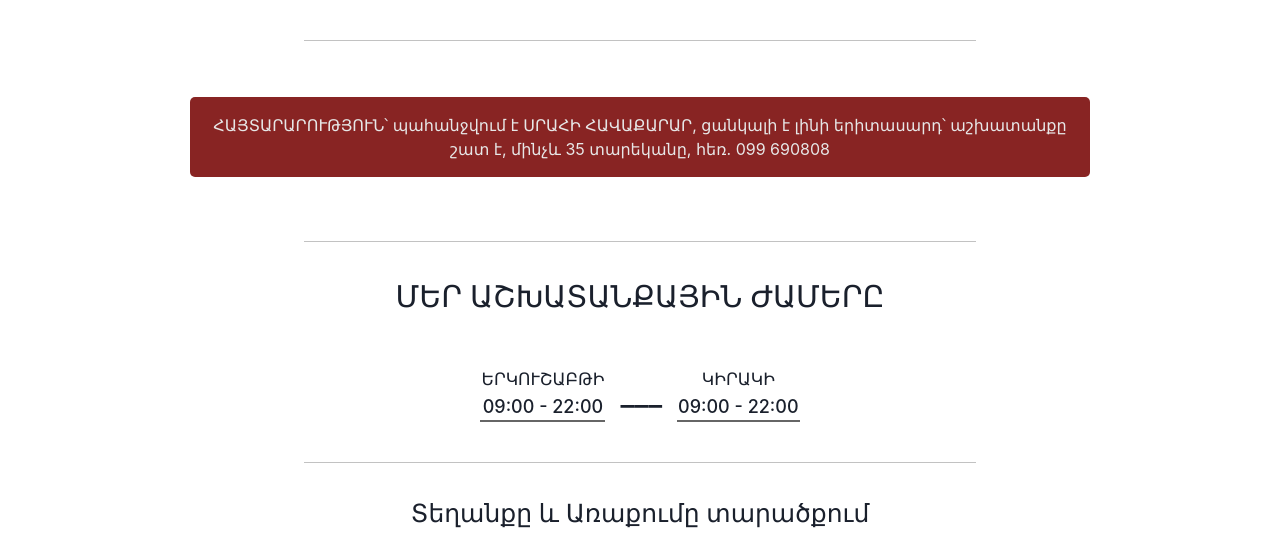
Repository: vahemar/xars
Page: /
These files come from the project's save history. The page is drawn as it stood at one moment and after a run of saves; the edit follows.
The browser window is 1280 px wide. The pictures show the part of the page from y = 720 to 1263 px (the page is 3406 px tall).
Pictures or frames that could not be fetched are drawn as grey boxes. Some web fonts or font styles are not loaded; a fallback is used. Some web libraries are served in a nearby version. The project was rebuilt for these pictures with package versions that can differ from the ones it lists, and the page was loaded fresh each time. Also part of the build but not shown: vite.config.js, src/pages/Home/Delivery/index.jsx, src/pages/Menu/index.jsx.

Above is the page before, as saved 2025-06-18 00:47:48.

After the next 2 saves:
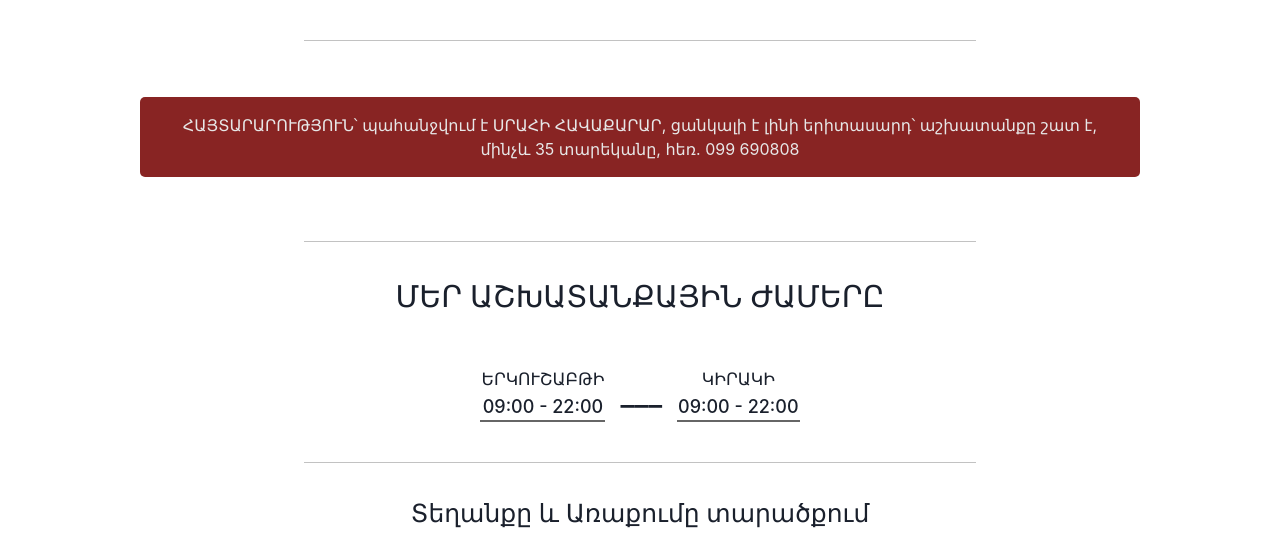
The 2 saves are shown as one change because they came seconds apart.
The last was saved 17 s later.
--- a/src/pages/Home/Attention/index.jsx
+++ b/src/pages/Home/Attention/index.jsx
@@ -3,7 +3,7 @@ import React from 'react'
 
 function Attention() {
   return (
-    <Flex mt={6} borderRadius={'5px'} p={4} maxW={'900px'} w={'full'} bg={'#882423'} direction={'column'} justify={'center'} align={'center'}>
+    <Flex mt={6} borderRadius={'5px'} p={4} maxW={'1000px'} w={'full'} bg={'#882423'} direction={'column'} justify={'center'} align={'center'}>
         <a href='tel:099690808'>
         <Text  color={'#E7E7E7'} _hover={{color: 'white'}} transition={'0.2s'} textAlign={'center'} cursor={'pointer'}>ՀԱՅՏԱՐԱՐՈՒԹՅՈՒՆ՝ պահանջվում է ՍՐԱՀԻ ՀԱՎԱՔԱՐԱՐ, ցանկալի է լինի երիտասարդ՝ աշխատանքը շատ է, մինչև 35 տարեկանը, հեռ. 099 690808 </Text>
         </a>
